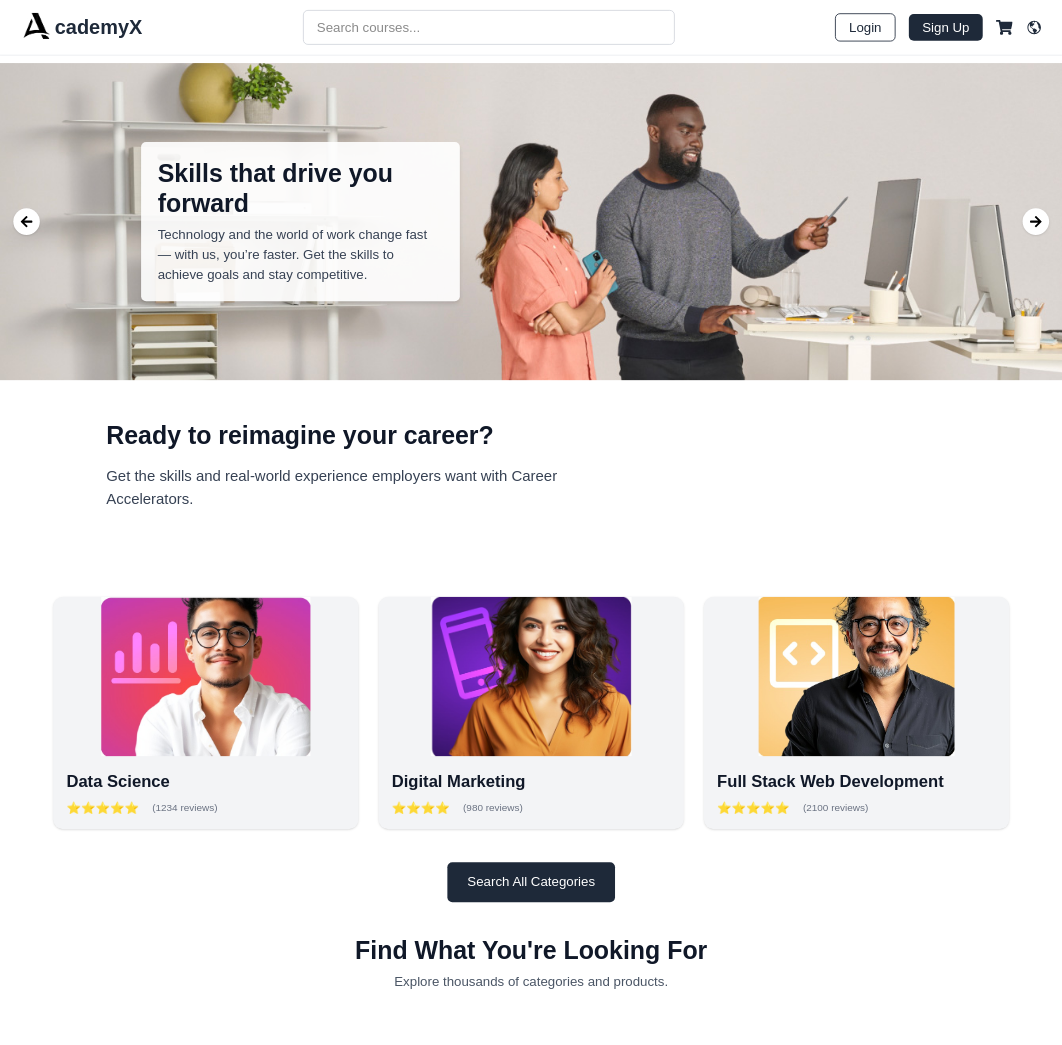
Repository: MohamedSalah54/full-stack-e-learning
Page: / (app in frontend/)
These files come from the project's save history. The page is drawn as it stood at one moment and after the next save; the edit follows.
The browser window is 1280 px wide. The pictures show the whole page, at 83% of full size.
The project was rebuilt for these pictures with package versions that can differ from the ones it lists, and the page was loaded fresh each time. The framework's server and built-in components were replaced by stand-ins that run in the browser. Also part of the build but not shown: frontend/next.config.ts.

Above is the page before, as saved 2025-06-15 14:15:03.

After the next save:
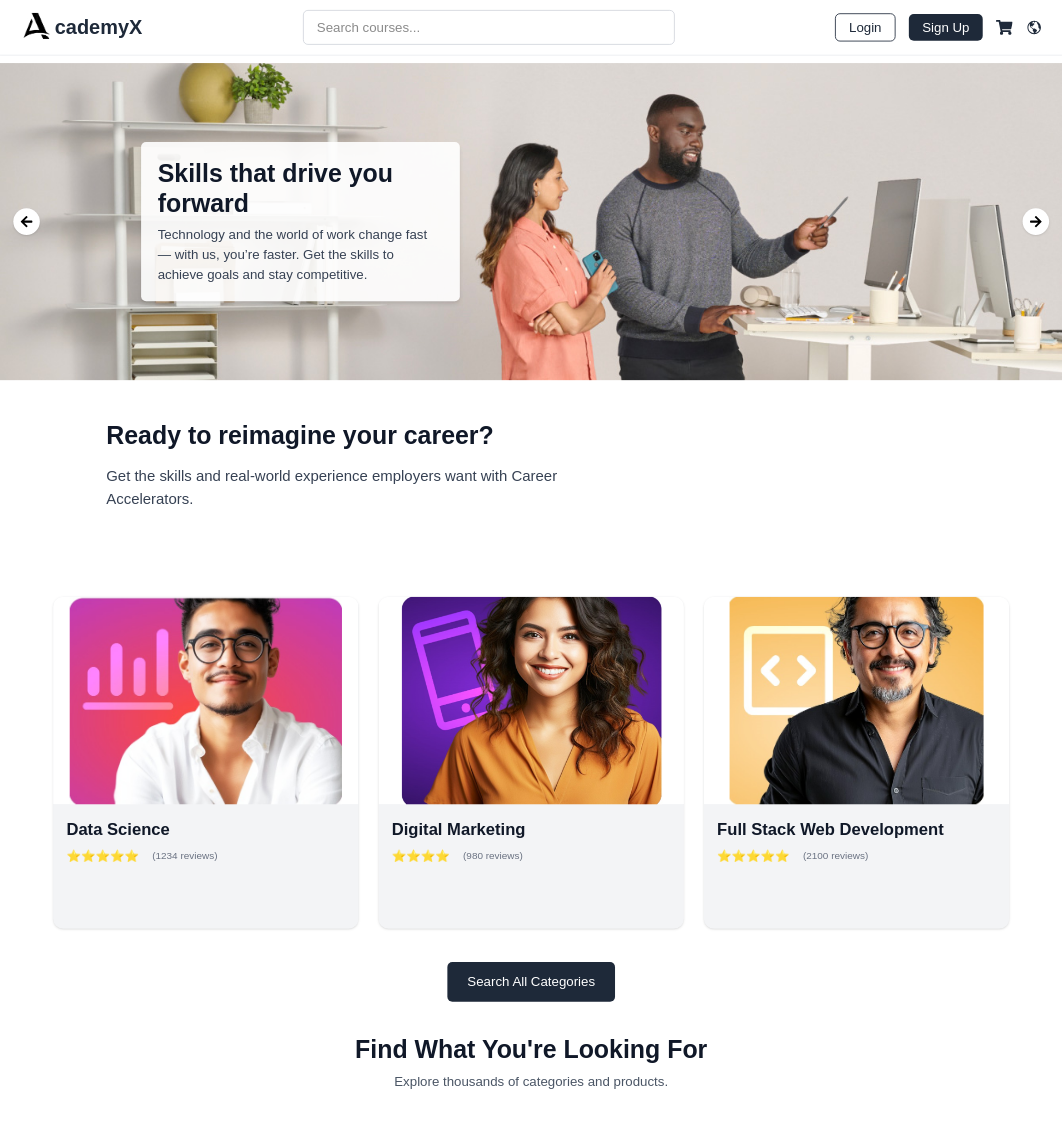
Saved 40 s later.
--- a/frontend/src/components/home/HeroCategories.tsx
+++ b/frontend/src/components/home/HeroCategories.tsx
@@ -25,16 +25,17 @@
       {/* Cards */}
       <div className="max-w-6xl mx-auto grid grid-cols-1 sm:grid-cols-2 md:grid-cols-3 gap-6">
         {categories.map((cat, index) => (
-          <div key={index} className="bg-gray-100 rounded-xl overflow-hidden shadow hover:shadow-lg transition">
-<img src={cat.image} alt={cat.title} className="w-full h-48 object-contain" />
-            <div className="p-4">
-              <h3 className="text-xl font-semibold text-gray-900 mb-2">{cat.title}</h3>
-              <p className="text-sm text-gray-600 flex items-center gap-2">
-                {"⭐".repeat(Math.round(cat.rating))}
-                <span className="text-xs text-gray-500 ml-2">({cat.reviews} reviews)</span>
-              </p>
-            </div>
-          </div>
+         <div key={index} className="bg-gray-100 rounded-xl overflow-hidden shadow hover:shadow-lg transition min-h-[400px]">
+  <img src={cat.image} alt={cat.title} className="w-full h-[250px] object-contain bg-white" />
+  <div className="p-4">
+    <h3 className="text-xl font-semibold text-gray-900 mb-2">{cat.title}</h3>
+    <p className="text-sm text-gray-600 flex items-center gap-2">
+      {"⭐".repeat(Math.round(cat.rating))}
+      <span className="text-xs text-gray-500 ml-2">({cat.reviews} reviews)</span>
+    </p>
+  </div>
+</div>
+
         ))}
       </div>
 
